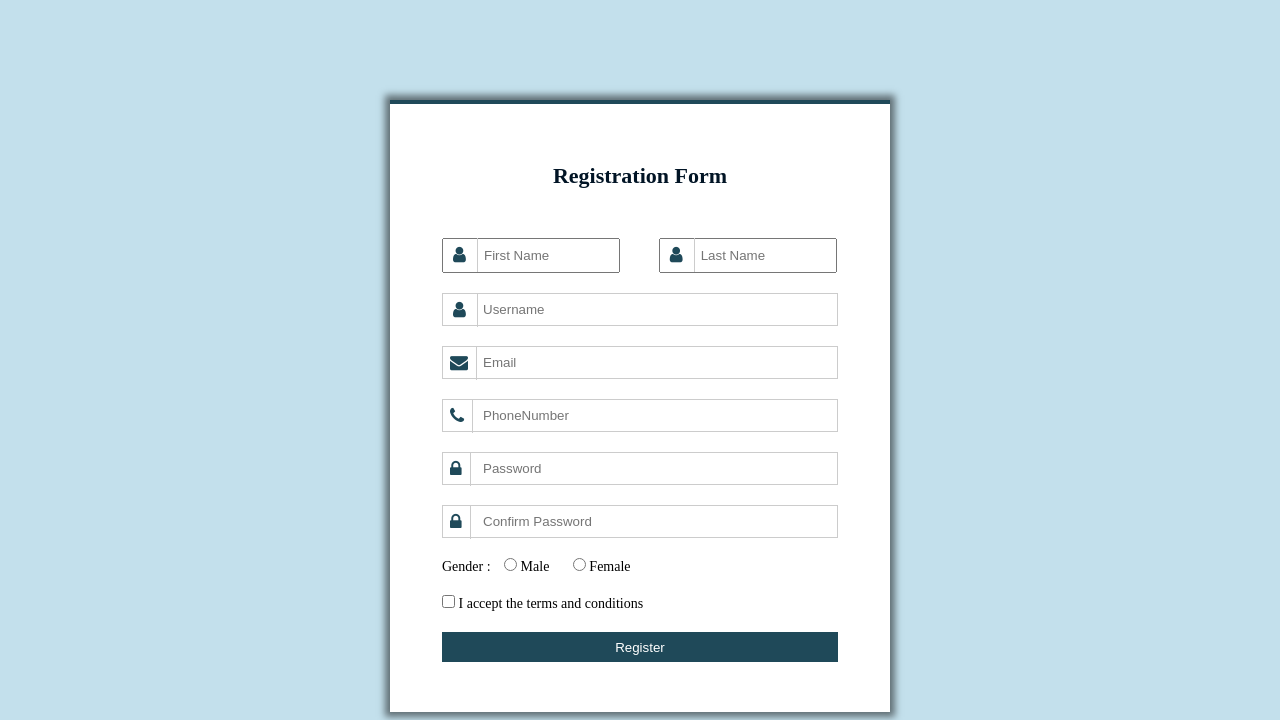
Repository: sampanna17/javabackup
Page: http://localhost/EvoX_CW/pages/register.jsp
These files come from the project's save history. The page is drawn as it stood at one moment and after the next save; the edit follows.
The browser window is 1280 px wide. The pictures show the whole page.
The page is served by Tomcat 9.

Above is the page before, as saved 2024-05-05 11:46:14.

After the next save:
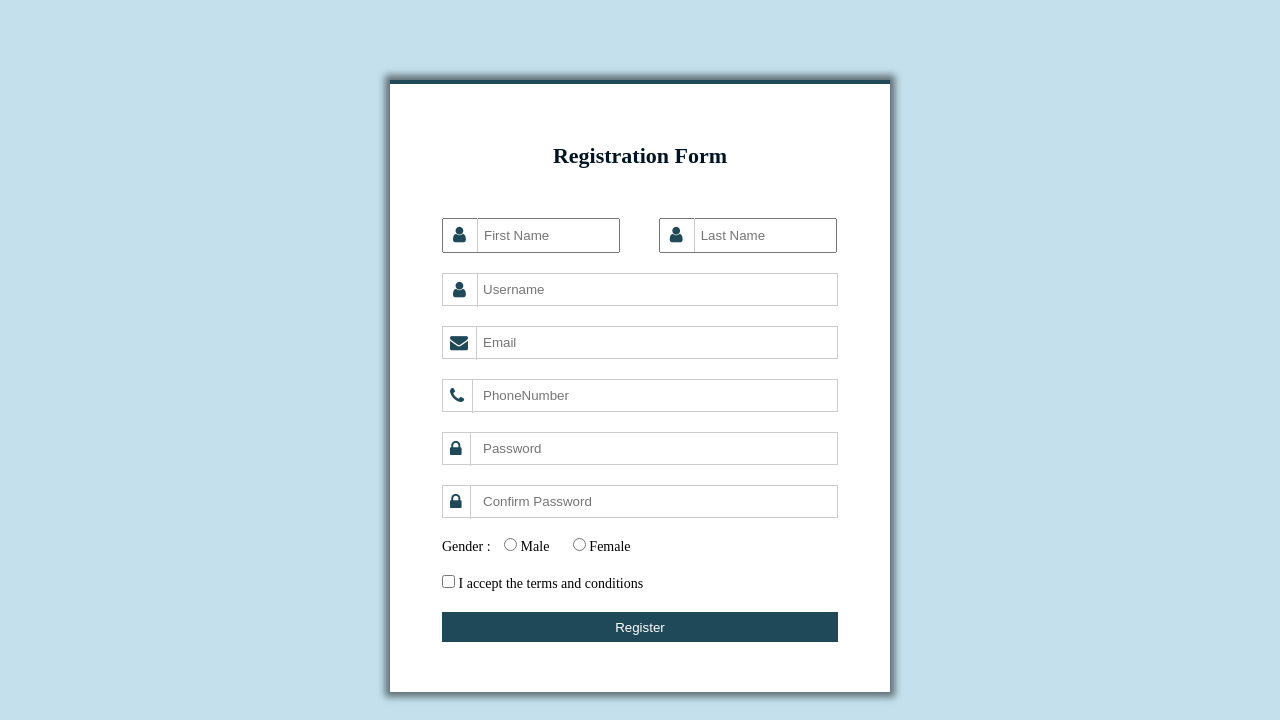
Saved 15 s later.
--- a/EvoX_CW/src/main/webapp/stylesheets/register.css
+++ b/EvoX_CW/src/main/webapp/stylesheets/register.css
@@ -15,7 +15,7 @@ body{
     background-color: white;
     width:500px;
     padding: 30px;
-    margin:100px auto 0;
+    margin:80px auto 0;
     border-top: 4px solid#1F4959;
     box-shadow: 0 0 7px 5px rgba(0, 0, 0, 0.5);
     justify-content: center; /* Center horizontally */
